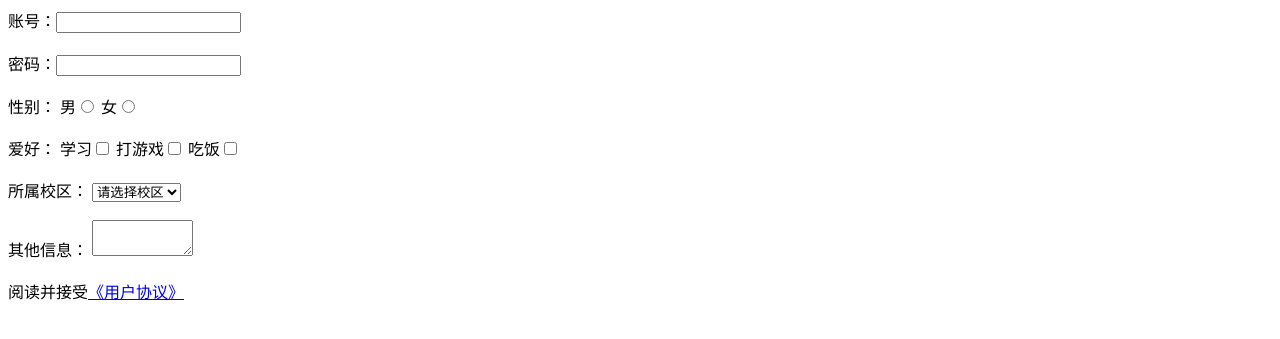
Repository: Lconfident/Learning_Process
Page: Vue/vue_basic/13__收集表单数据/1.收集表单数据.html
An editor plug-in stored every save of this project. The page is shown before and after a run of saves, followed by the edit.
The browser window is 1280 px wide. The pictures show the whole page.

Above is the page before, as saved 2023-07-22 10:32:42.

After the next 2 saves:
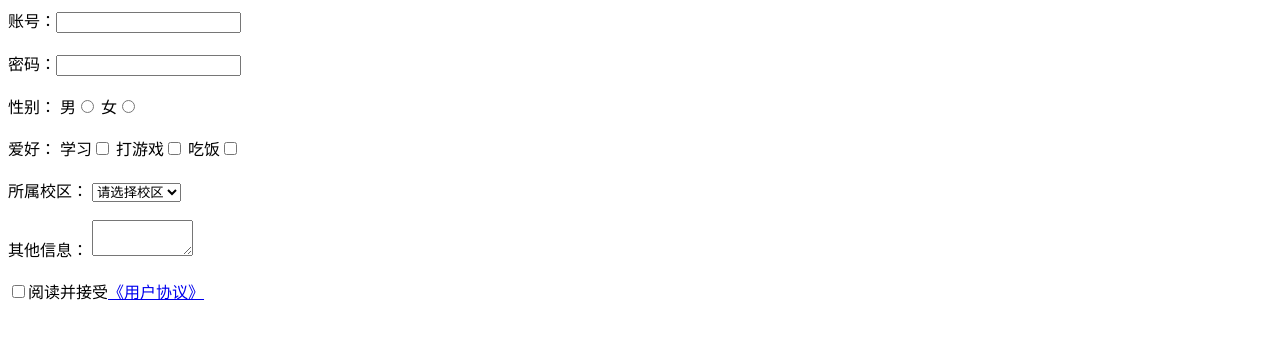
The 2 saves are shown as one change because they came seconds apart.
The last was saved 17 s later.
--- a/Vue/vue_basic/13__收集表单数据/1.收集表单数据.html
+++ b/Vue/vue_basic/13__收集表单数据/1.收集表单数据.html
@@ -32,7 +32,7 @@
             </select><br><br>
             其他信息：
             <textarea cols="10" rows="2"></textarea><br><br>
-            阅读并接受<a href="http://atguigu.com">《用户协议》</a>
+            <input type="checkbox" name="" id="">阅读并接受<a href="http://atguigu.com">《用户协议》</a>
         </form>
     </div>
 
